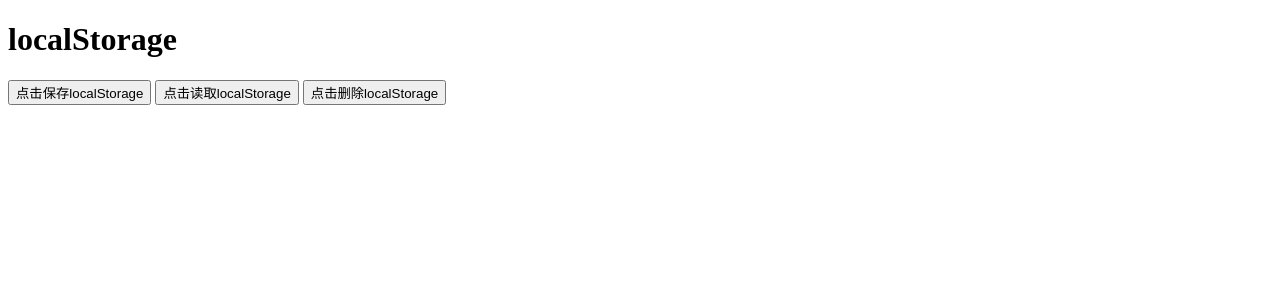
Repository: Lixianlai-2/The-journey-of-learning-Vue
Page: afterVueCli/07_浏览器本地存储/localStorage.html
An editor plug-in stored every save of this project. The page is shown before and after the next save, followed by the edit.
The browser window is 1280 px wide. The pictures show the whole page.

Above is the page before, as saved 2022-04-22 18:47:41.

After the next save:
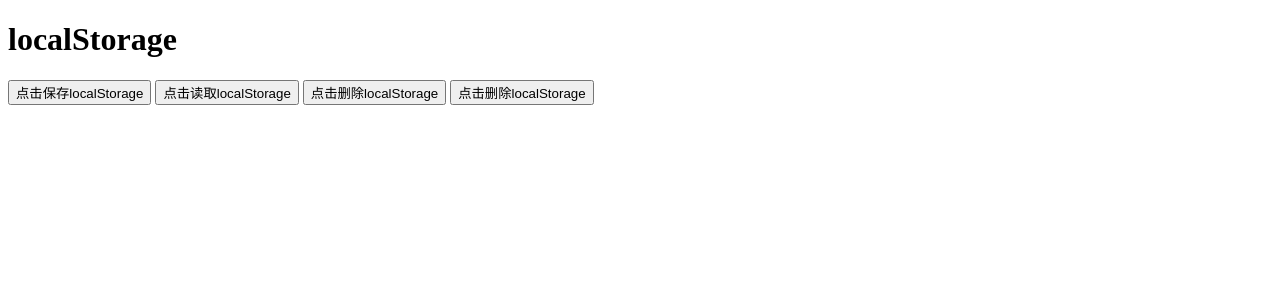
Saved 2 min 6 s later.
--- a/afterVueCli/07_浏览器本地存储/localStorage.html
+++ b/afterVueCli/07_浏览器本地存储/localStorage.html
@@ -11,8 +11,10 @@
     <button onclick="saveStorage()">点击保存localStorage</button>
     <button onclick="getStorage()">点击读取localStorage</button>
     <button onclick="deleteStorage()">点击删除localStorage</button>
+    <button onclick="clearAllStorage()">点击删除localStorage</button>
 
     <script>
+      // 保存本地数据
       function saveStorage() {
         alert("运行了吗");
         window.localStorage.setItem("num", "1,2,3");
@@ -27,6 +29,7 @@
         );
       }
 
+      // 得到本地数据
       function getStorage() {
         console.log(localStorage.getItem("num"));
 
@@ -36,11 +39,14 @@
         console.log(JSON.parse(localStorage.getItem("obj")));
       }
 
+      // 删除本地数据
       function deleteStorage() {
         localStorage.removeItem("num");
+      }
 
-        // 读取一个字符串对象，要将其转化为真正的对象
-        console.log(JSON.parse(localStorage.getItem("obj")));
+      // 情况本地数据
+      function clearAllStorage() {
+        localStorage.clear();
       }
     </script>
   </body>
